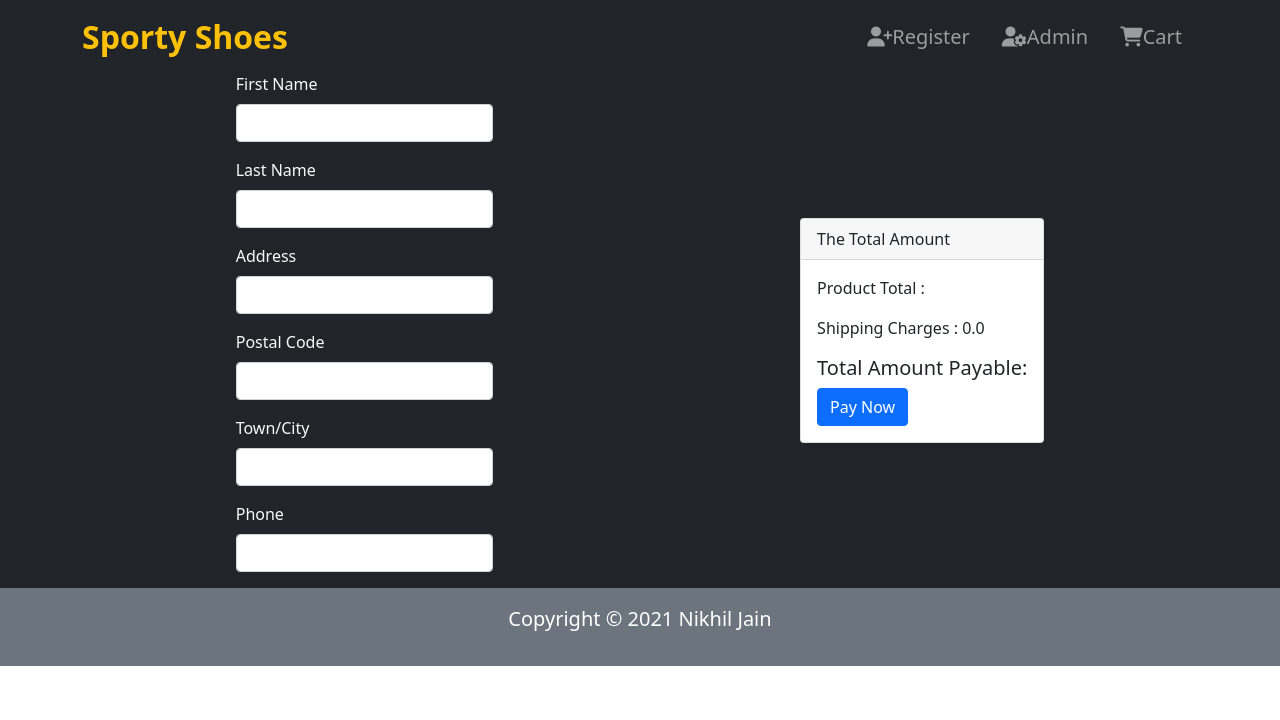
Repository: Niks4u2/SportyShoes
Page: http://localhost/checkout
The author's editor kept a copy of each file at every save. The page is drawn from the files as they stood at one save, then again after the next save.
The browser window is 1280 px wide. The pictures show the whole page.
Some icons come from a web library that is not loaded, so they are not drawn. Some web libraries are served in a nearby version. The page is this project's Thymeleaf template; nobody is signed in. The template is opened directly, without the code that normally fills it, so the values that code supplies are empty.

Above is the page before, as saved 2021-11-12 03:39:51.

After the next save:
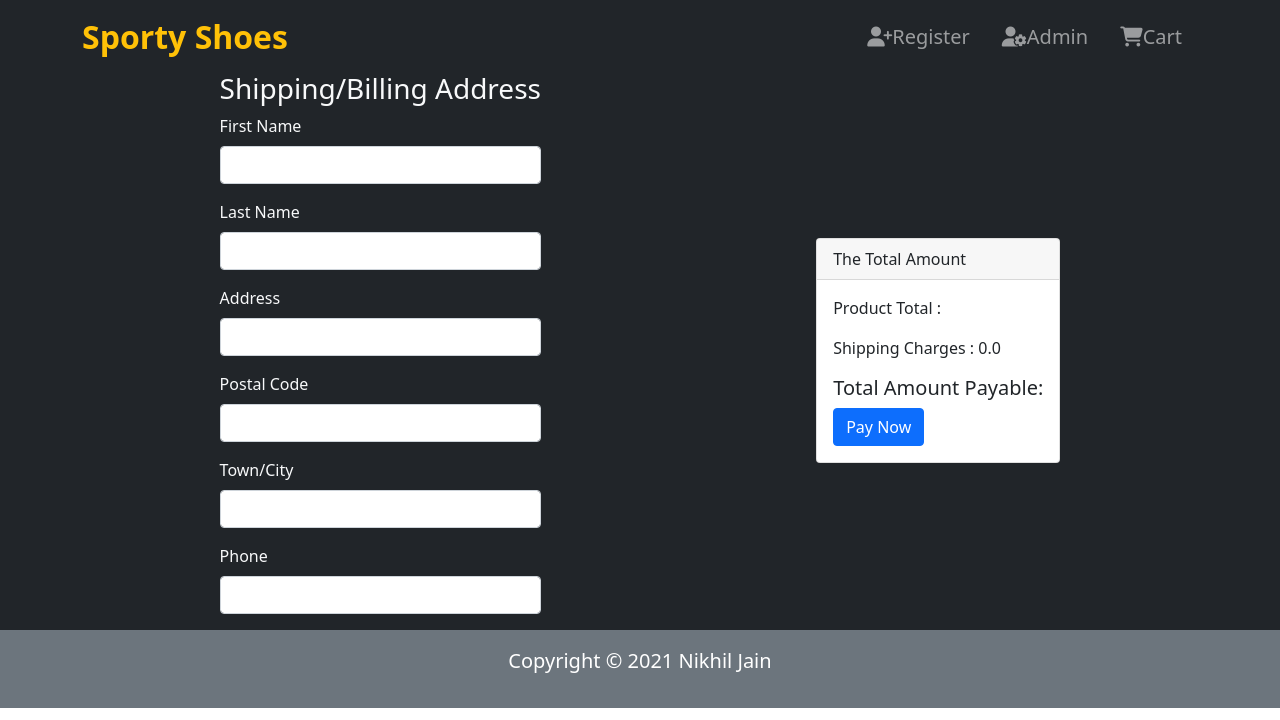
Saved 3 min 20 s later.
--- a/Source Code/sporty-shoes/src/main/resources/templates/checkout.html
+++ b/Source Code/sporty-shoes/src/main/resources/templates/checkout.html
@@ -46,6 +46,7 @@
         <div class="container">
             <div class="d-sm-flex align-items-center justify-content-around">
                 <div class="ml-4 pl-4">
+                <h3>Shipping/Billing Address</h3>
 <form>
   <div class="mb-3">
     <label for="exampleInputEmail1" class="form-label">First Name </label>
@@ -84,7 +85,7 @@
     <h5 class="card-title">Total Amount Payable: <span th:text=${total}></span ></h5>
     <a href="/pgredirect" class="btn btn-primary">Pay Now</a>
   </div>
-</div>            </div>
+</div>
         </div>
     </section>
 
